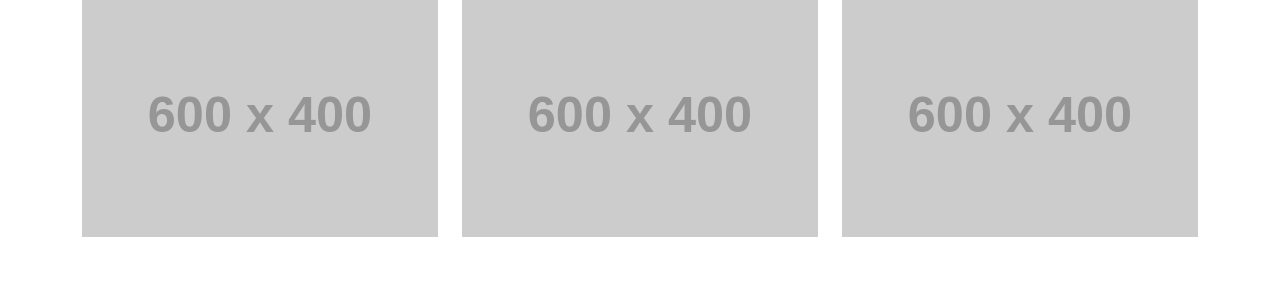
Repository: fbansept/ran4_24
Page: index.html
The author's editor kept a copy of each file at every save. The page is drawn from the files as they stood at one save, then again after a run of saves.
The browser window is 1280 px wide. The pictures show the whole page.

Above is the page before, as saved 2024-10-14 11:31:23.

### index.html
<!DOCTYPE html>
<html lang="en">
  <head>
    <meta charset="UTF-8" />
    <meta name="viewport" content="width=device-width, initial-scale=1.0" />
    <title>Document</title>
    <link
      href="https://cdn.jsdelivr.net/npm/bootstrap@5.3.3/dist/css/bootstrap.min.css"
      rel="stylesheet"
      integrity="sha384-QWTKZyjpPEjISv5WaRU9OFeRpok6YctnYmDr5pNlyT2bRjXh0JMhjY6hW+ALEwIH"
      crossorigin="anonymous"
    />
    <script
      defer
      src="https://cdn.jsdelivr.net/npm/bootstrap@5.3.3/dist/js/bootstrap.bundle.min.js"
      integrity="sha384-YvpcrYf0tY3lHB60NNkmXc5s9fDVZLESaAA55NDzOxhy9GkcIdslK1eN7N6jIeHz"
      crossorigin="anonymous"
    ></script>

    <link rel="stylesheet" href="style.css" />
  </head>
  <body>
    <main class="container">
      <div class="row row-cols-1 row-cols-md-3">
        <article class="col">
          <div>
            <img src="https://placehold.co/600x400" />
            <div class="bouton-play"></div>
          </div>
        </article>
        <article class="col">
          <div>
            <img src="https://placehold.co/600x400" />
            <div class="bouton-play"></div>
          </div>
        </article>
        <article class="col">
          <div>
            <img src="https://placehold.co/600x400" />
            <div class="bouton-play"></div>
          </div>
        </article>
      </div>
    </main>
  </body>
</html>

### style.css
.container > .row > article > div {
  position: relative;
}

.container > .row > article > div > img {
  object-fit: cover;
  width: 100%;
}

.bouton {
  position: absolute;
  bottom: 20px;
  right: 20px;
}

.bouton::after {
  content: "\0025B6";
}

After the next 2 saves:
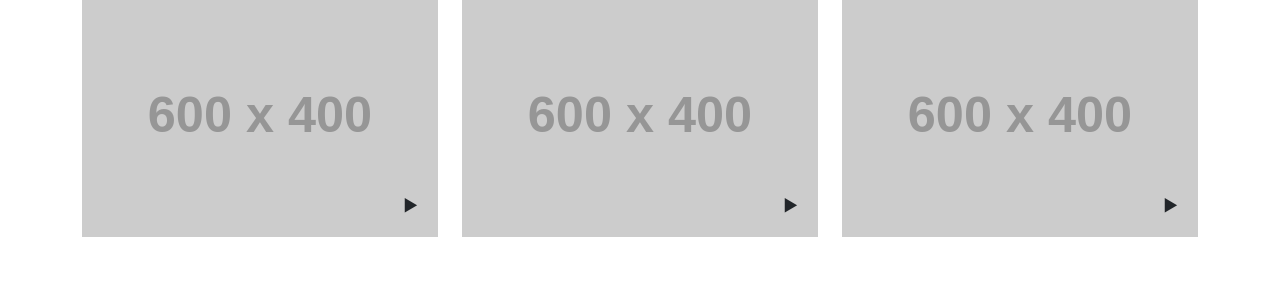
The 2 saves are shown as one change because they came seconds apart.
The last was saved 7 s later.
--- a/style.css
+++ b/style.css
@@ -7,12 +7,12 @@
   width: 100%;
 }
 
-.bouton {
+.bouton-play {
   position: absolute;
   bottom: 20px;
   right: 20px;
 }
 
-.bouton::after {
+.bouton-play::after {
   content: "\0025B6";
 }
